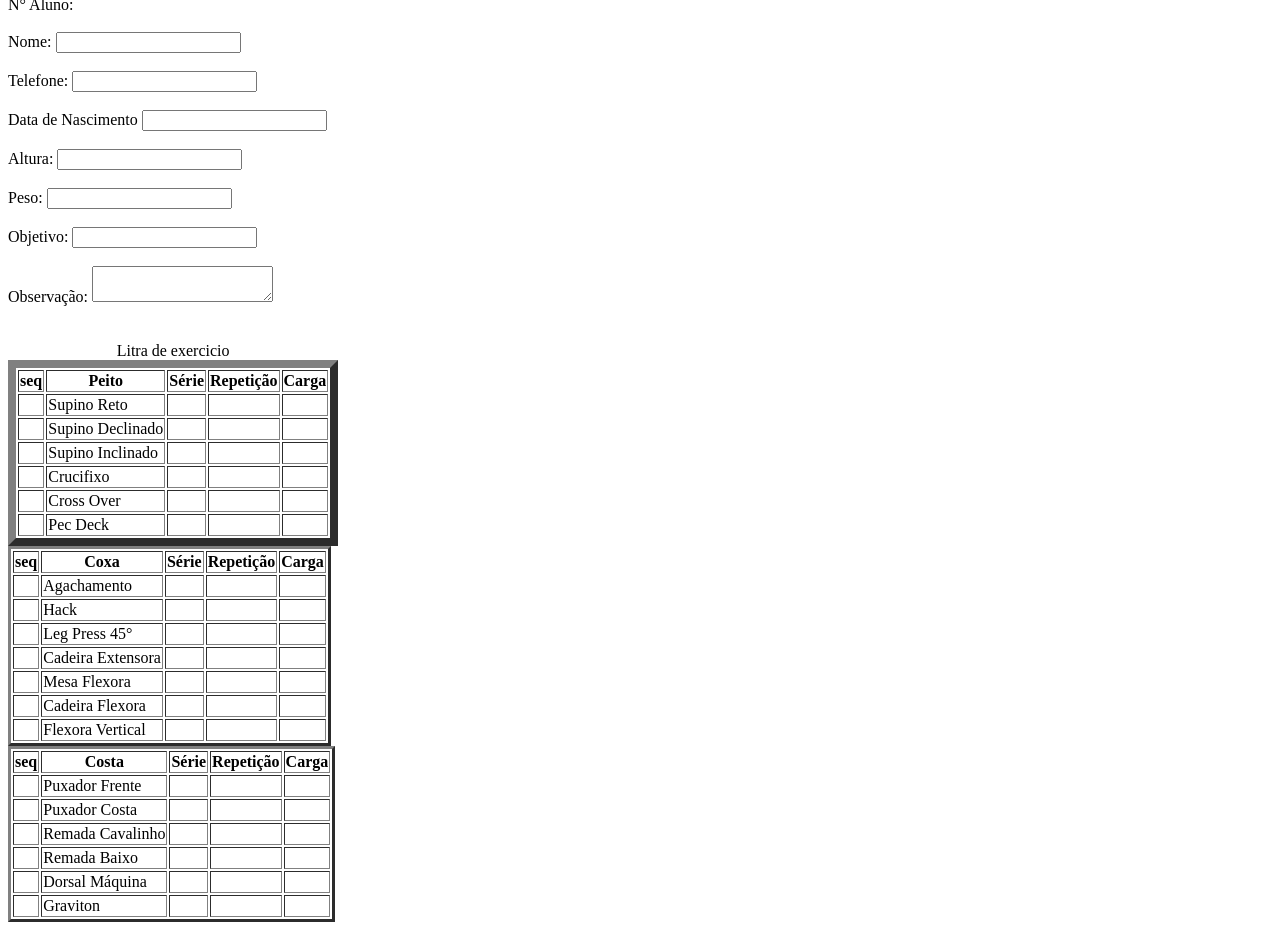
Repository: luisjonson/ProjetoWebAcademia
Page: Projeto_Web/RepositorioWebProject/WebContent/FichaAluno.html
The author's editor kept a copy of each file at every save. The page is drawn from the files as they stood at one save, then again after the next save.
The browser window is 1280 px wide. The pictures show the part of the page from y = 340 to 1270 px (the page is 1270 px tall before and 1260 px after).
A picture or video elsewhere on the page could not be fetched, so the positions and the page height are approximate.

Above is the page before, as saved 2017-04-05 02:40:08.

### Projeto_Web/RepositorioWebProject/WebContent/FichaAluno.html
<!DOCTYPE html>
<html>
<head>
<meta charset="utf-8">
<title>Insert title here</title>
</head>

<figure>
	<img alt="Smart-Fit"
		src="C:/Users/nano/workspace/Projeto_Web/RepositorioWebProject/WebContent/WEB-INF/Imagem/Smart.png">
</figure>

<body>



	<form action="Cadastro" method="post">



		 <label>N° Aluno:</label><br><br>
		 <label>Nome: <input  name="nome" ></label><br><br>
		 <label>Telefone: <input name="telefone" ></label><br><br>
		 <label>Data de Nascimento <input name="dataDeNascimento"></label><br><br>
		 <label>Altura: <input type="text" name="Altura" required ></label><br><br>
		 <label>Peso: <input name="Peso" ></label><br><br>
		 <label>Objetivo: <input name="objetivo" ></label><br><br>
		 		Observação: <textarea name="obsevação"></textarea>
	</form><br><br>

	<table border="8">

		<caption>Litra de exercicio</caption>

			<tr>
				<th>seq</th>
				<th>Peito</th>
				<th>Série</th>
				<th>Repetição</th>
				<th>Carga</th>
			</tr>


			<tr>
				<td></td>
				<td>Supino Reto</td>
				<td></td>
				<td></td>
				<td></td>
			</tr>

				<tr>
				<td></td>
				<td>Supino Declinado</td>
				<td></td>
				<td></td>
				<td></td>
			</tr>

				<tr>
				<td></td>
				<td>Supino Inclinado</td>
				<td></td>
				<td></td>
				<td></td>
			</tr>

				<tr>
				<td></td>
				<td>Crucifixo</td>
				<td></td>
				<td></td>
				<td></td>
			</tr>

				<tr>
				<td></td>
				<td>Cross Over</td>
				<td></td>
				<td></td>
				<td></td>
			</tr>

				<tr>
				<td></td>
				<td>Pec Deck</td>
				<td></td>
				<td></td>
				<td></td>
			</tr>

	</table>

	<table  border="3">

	    	<tr>
				<th>seq</th>
				<th>Coxa</th>
				<th>Série</th>
				<th>Repetição</th>
				<th>Carga</th>
			</tr>

			<tr>
				<td></td>
				<td>Agachamento</td>
				<td></td>
				<td></td>
				<td></td>
			</tr>

			<tr>
				<td></td>
				<td>Hack</td>
				<td></td>
				<td></td>
				<td></td>
			</tr>

			<tr>
				<td></td>
				<td>Leg Press 45°</td>
				<td></td>
				<td></td>
				<td></td>
			</tr>

			<tr>
				<td></td>
				<td>Cadeira Extensora</td>
				<td></td>
				<td></td>
				<td></td>
			</tr>

			<tr>
				<td></td>
				<td>Mesa Flexora</td>
				<td></td>
				<td></td>
				<td></td>
			</tr>

			<tr>
				<td></td>
				<td>Cadeira Flexora</td>
				<td></td>
				<td></td>
				<td></td>
			</tr>

			<tr>
				<td></td>
				<td>Flexora Vertical</td>
				<td></td>
				<td></td>
				<td></td>
			</tr>
		<table  border="3">
			<tr>
				<th>seq</th>
				<th>Costa</th>
				<th>Série</th>
				<th>Repetição</th>
				<th>Carga</th>
			</tr>

			<tr>
				<td></td>
				<td>Puxador Frente</td>
				<td></td>
				<td></td>
				<td></td>
			</tr>

			<tr>
				<td></td>
				<td>Puxador Costa</td>
				<td></td>
				<td></td>
				<td></td>
			</tr>

			<tr>
				<td></td>
				<td>Remada Cavalinho</td>
				<td></td>
				<td></td>
				<td></td>
			</tr>

			<tr>
				<td></td>
				<td>Remada Baixo</td>
				<td></td>
				<td></td>
				<td></td>
			</tr>

			<tr>
				<td></td>
				<td>Dorsal Máquina</td>
				<td></td>
				<td></td>
				<td></td>
			</tr>

			<tr>
				<td></td>
				<td>Graviton</td>
				<td></td>
				<td></td>
				<td></td>
			</tr>
		</table>
	</table>
</body>
</html>

After the next save:
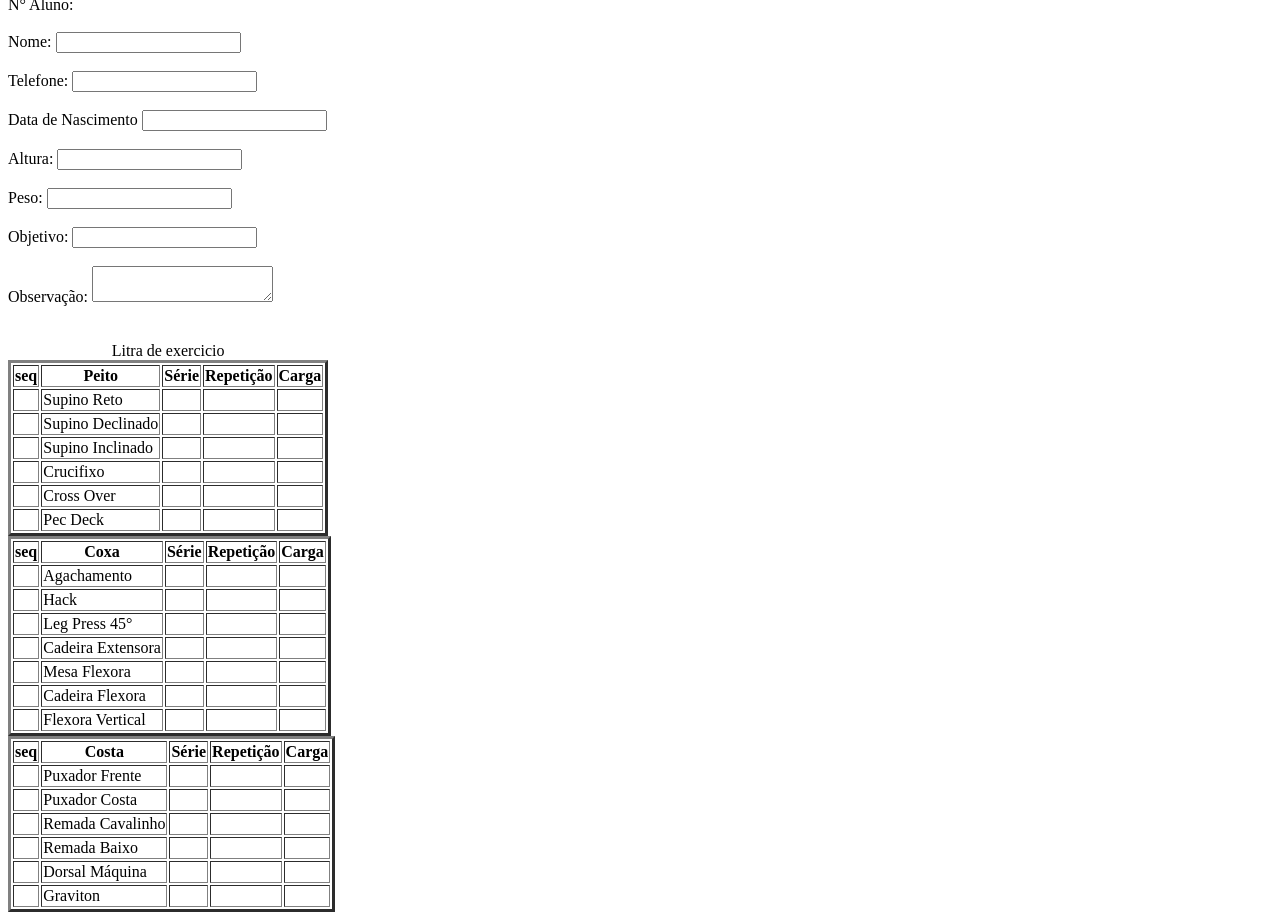
Saved 14 s later.
--- a/Projeto_Web/RepositorioWebProject/WebContent/FichaAluno.html
+++ b/Projeto_Web/RepositorioWebProject/WebContent/FichaAluno.html
@@ -28,7 +28,7 @@
 		 		Observação: <textarea name="obsevação"></textarea>
 	</form><br><br>
 
-	<table border="8">
+	<table border="3">
 
 		<caption>Litra de exercicio</caption>
 
